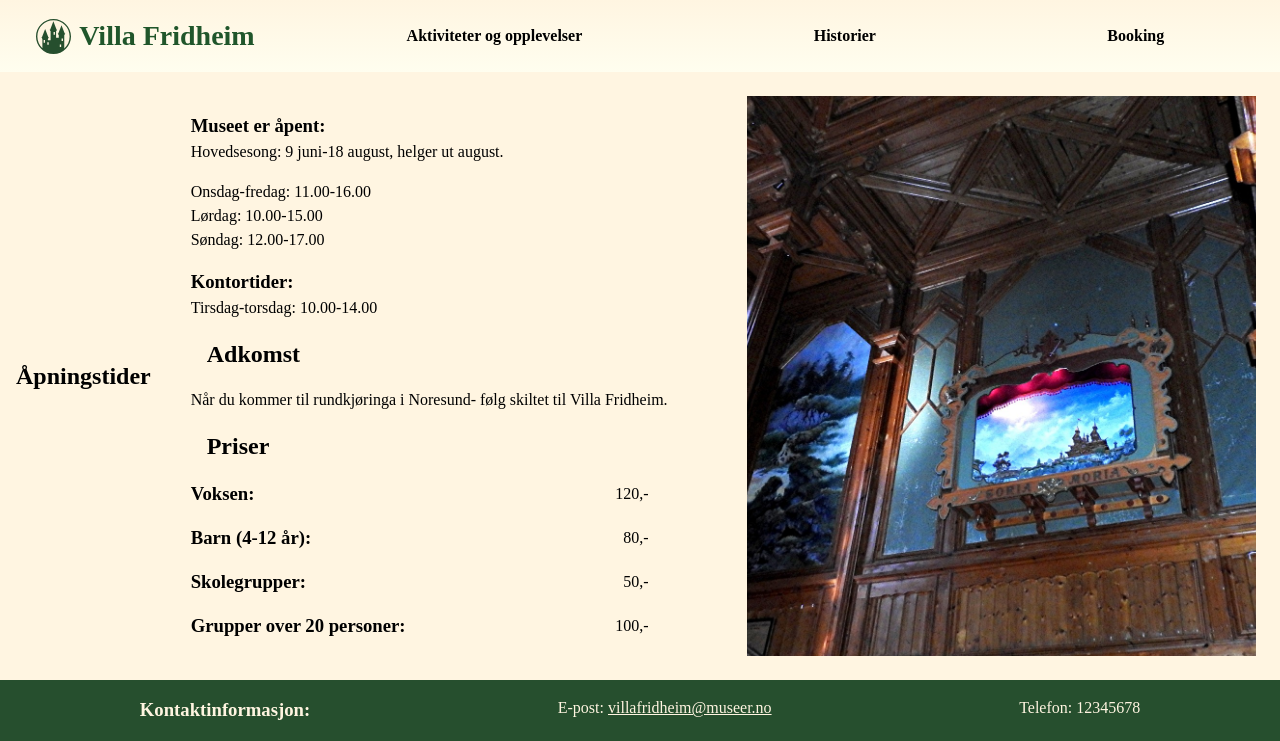
Repository: IdaHolmen/villa-fridheim
Page: src/info.html
The author's editor kept a copy of each file at every save. The page is drawn from the files as they stood at one save, then again after the next save.
The browser window is 1280 px wide. The pictures show the whole page.
Some web fonts or font styles are not loaded; a fallback is used.

Above is the page before, as saved 2024-10-12 17:32:56.

After the next save:
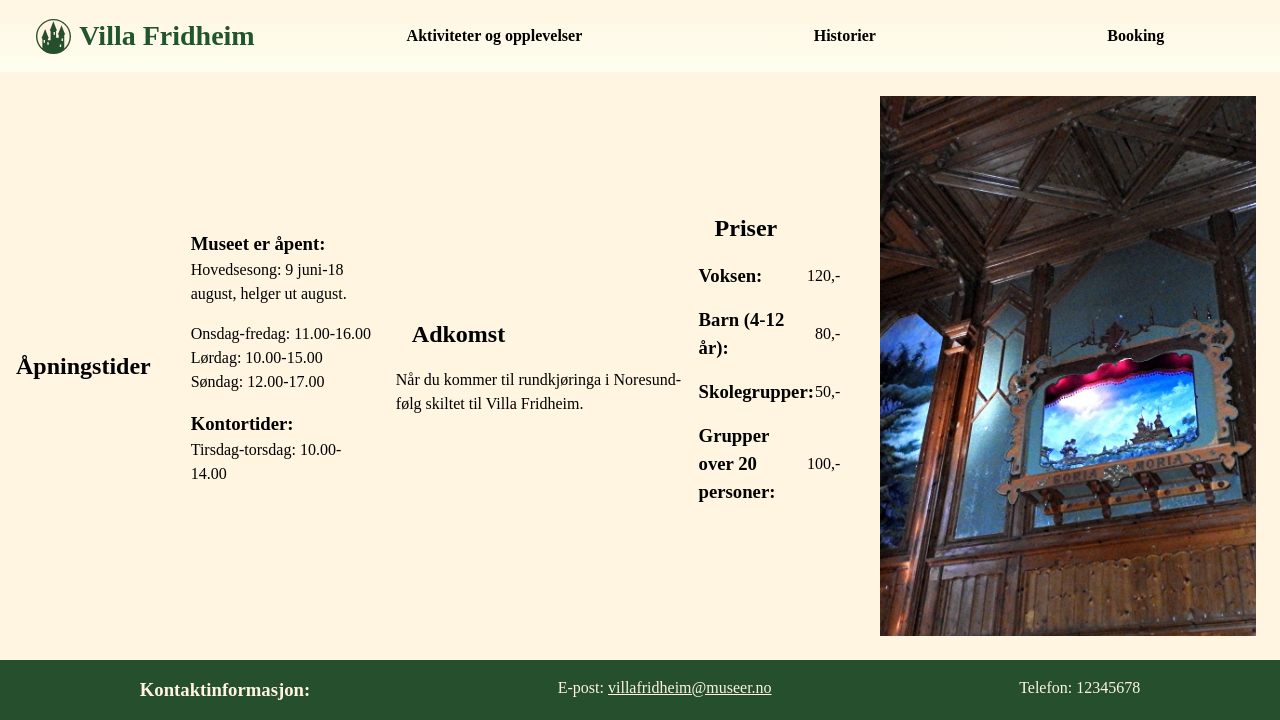
Saved 2 min 39 s later.
--- a/src/info.html
+++ b/src/info.html
@@ -29,8 +29,8 @@
 
         <main class="main-info-container">
             <h2 class="section-headline">Åpningstider</h2>
-            <div class="info-text-container">
-                <section class="opening-hours-section">
+            <section class="opening-hours-section">
+                <div class="info-text-container">
                     <div class="hours">
                         <h3>Museet er åpent:</h3>
                         <p>Hovedsesong: 9 juni-18 august, helger ut august.</p>
@@ -72,7 +72,7 @@
                         <span>100,-</span>
                     </div>
                 </section>
-            </div>
+            </section>
 
             <div class="info-image-container">
                 <img
